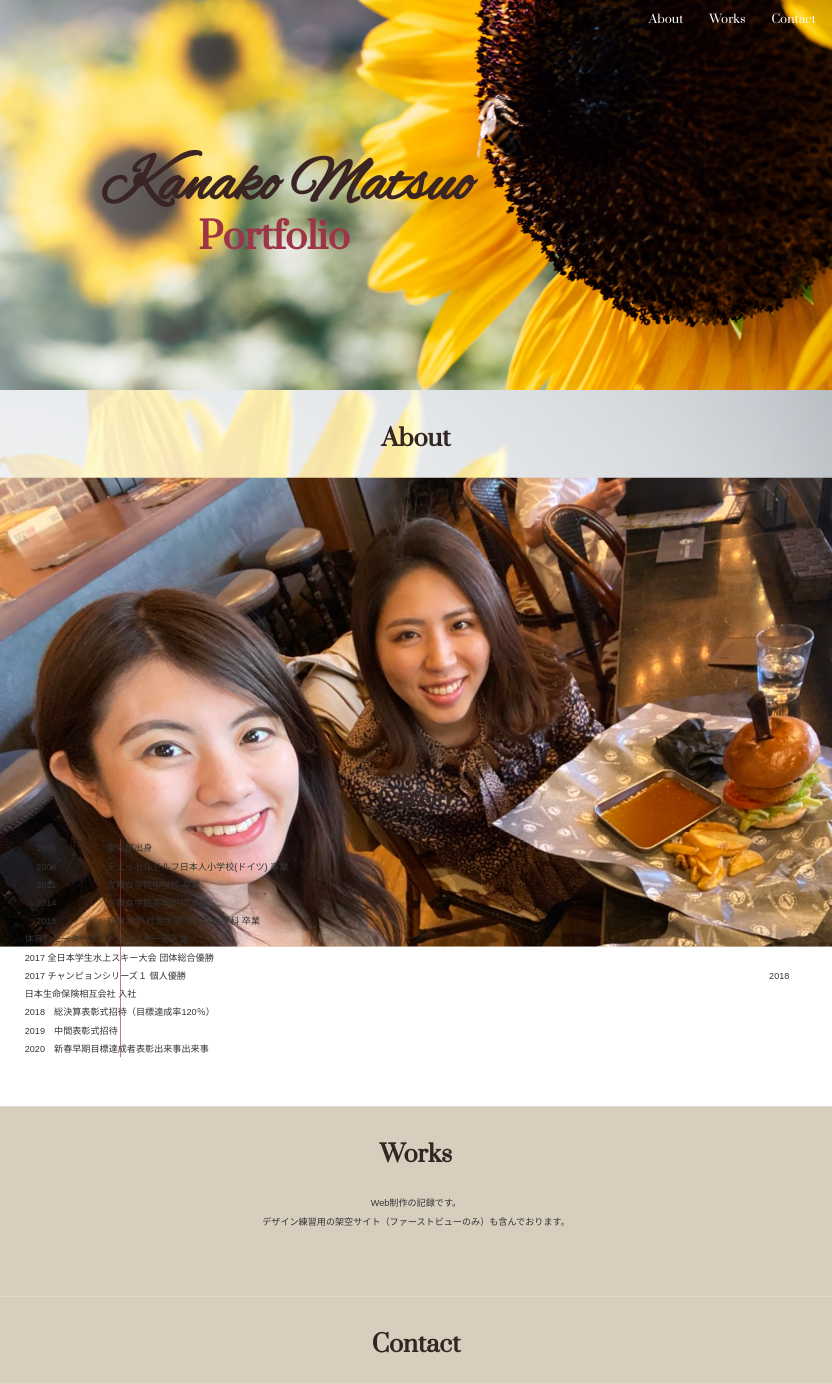
Repository: KanakoMatsuo/Portfolio
Page: Portfolio.html
The author's editor kept a record of every edit. The page is drawn from the files as they stood at one moment, then again after the next edit.
The browser window is 1280 px wide. The pictures show the whole page, at 65% of full size.

Above is the page before.

### Portfolio.html
<!DOCTYPE html>
<html lang="ja">
    <head>
        <meta charset="UTF-8">
        <title>Kanako Matsuo ポートフォリオ</title>
        <link href="https://fonts.googleapis.com/css2?family=Alex+Brush&family=Prata&display=swap" rel="stylesheet">
        <link rel="stylesheet" href="Portfolio.css">
    </head>
    <body>
        <header>
            <nav>
                <ul>
                    <li>About</li>
                    <li>Works</li>
                    <li>Contact</li>
                </ul>
            </nav>
            <h1>
                <span class="A">Kanako Matsuo</span><br>
                <span class="B">Portfolio</span>
            </h1>
        </header>
        <section class="About">
            <h2>
                About
            </h2>
            <img src="./images/image0.jpeg">
            <p>
                東京都在住、25歳です。<br>大学卒業後、日本生命で保険の営業を２年強経験しました。<br>
                多くのお客様とお会いする中で、より広く情報を届けられる人材に
                なりたいと思い、WEBサービスに興味を持ちました。<br>
                それから侍エンジニア塾で３カ月間、WEB制作とコーディングを勉強しながら転職活動を行っております。<br>
                営業職で培ったヒアリング力とお客様に寄り添った提案スキルを
                活かして、WEB制作の仕事でも顧客とのコミュニケーションを大切にし、顧客の課題解決、目標達成に貢献していきたいです。
            </p>
        </section>
        <section class="Career">
            <h2>
                Career
            </h2>
            <dt></dt>
            <dl class="history">
                <dt>1995</dt> <dd>東京都出身</dd>
                <dt>2008</dt> <dd>デュッセルドルフ日本人小学校(ドイツ) 卒業</dd>
                <dt>2011</dt> <dd>立教女学院中学校 卒業</dd>
                <dt>2014</dt> <dd>立教女学院高等学校 卒業</dd>
                <dt>2018</dt> <dd>立教大学 社会学部 現代文化学科 卒業</dd>
                              <dd>体育会モーターボート水上スキー部所属</dd>
                              <dd>2017 全日本学生水上スキー大会 団体総合優勝</dd>
                              <dd>2017 チャンピョンシリーズ１ 個人優勝</dd>
                <dt>2018</dt> <dd>日本生命保険相互会社 入社</dd>
                              <dd>2018　総決算表彰式招待（目標達成率120％）</dd>
　　　　　　　　　            <dd>2019　中間表彰式招待</dd>
　　　　　　　　　            <dd>2020　新春早期目標達成者表彰出来事出来事</dd>
　　　　　　</dl>
        </section>
        <section class="Works">
            <h2>
                Works
            </h2>
            <p>Web制作の記録です。<br>
               デザイン練習用の架空サイト（ファーストビューのみ）も含んでおります。
            </p>
            <ul>
                <li></li>
                <li></li>
                <li></li>
            </ul>
        </section>
        <section class="Works">
            <h2>
                Contact
            </h2>
        </section>
    </body>
</html>

### Portfolio.css
@charset "utf-8";

body {
	margin: 0;
	padding: 0;
	font-family: "ヒラギノ角ゴ Pro W3", "Hiragino Kaku Gothic Pro", "メイリオ", Meiryo, Osaka, "ＭＳ Ｐゴシック", "MS PGothic", sans-serif;
	color: #333;
	font-size: 13px;
	line-height: 150%;
	background: #fff;
}

section {
  overflow: hidden;
}

header {
  background:
   linear-gradient(90deg, rgba(255,255,255,0.5), rgba(255,255,255, 0.001) 50%, rgba(255,255,255,0)) center/cover no-repeat,
   url("./images/richard-rivas-hyWiznXNF1A-unsplash.jpg") center/cover no-repeat;
  height: 600px;
  overflow: hidden;
}

header ul {
  display: flex;
  justify-content: flex-end;
}

header li {
  color: #ffffff;
  font-size: 18px;
  list-style: none;
  /*font-family: 'Alex Brush', cursive;*/
  font-family: 'Prata', serif;
  margin-right: 40px;
  line-height:35px;
}

header li:last-child {
  margin-right: 25px;
}

header h1 {
  text-align: center;
  position: absolute;
  top: 50%;
  width: 100%;
  left: 50%;
  transform: translate(-50%, -50%);
}

.A {
  line-height: 60px;
  color:#3b2424;
  font-size:56px;
  font-family:'Alex Brush';
  justify-content:center;
}

.B {
  line-height: 36px;
  color:#9d3448;
  font-size:32px;
  font-family:'Prata', serif;
}

h2 {
  color: #312622;
  font-size:22px;
  font-family: 'Prata', serif;
  text-align:center;
  padding-top:15px;
}

h3 {
  color: #312622;
  font-size:20px;
  font-family: 'Prata', serif;
  text-align:center;
  padding-top:15px;
  padding-bottom:15px;
}

p {
  font-size:12px;
  padding:30px;
}

.myphoto {
 width:50%;
 height:50%;
 display:block;
 margin:auto;
}

.About {
  /*background:url("./images/background.jpg") center/cover no-repeat;*/
  /*background:url("./images/background.jpg") center/cover no-repeat;*/
  background:
    linear-gradient(45deg, rgba(255,255,255,1), rgba(255,255,255, 0.3)) center/cover no-repeat,
    url("./images/background.jpg") center/cover no-repeat;
  height: 856px;
  overflow: hidden;
}
.About p{
  background:#9d3448;
  background: rgba(152,52, 72, 0.15);
  padding-top:120px;
  margin-top:-100px;
}
.waterski {
 width:70%;
 height:70%;
 display:block;
 margin:auto;
}

.Career {
  background: transparent;
    margin-top: -300px;
    margin-bottom: 75px;
}
.history {
  display: flex;
  flex-wrap: wrap;
  margin:0 8px;
  position: relative;
}

.history dt {
  width: 10%;
  text-align: center;
  font-size:11px;
}

.history dd {
  width: calc(90% - 40px);
  text-align: left;
  margin : 0;
  margin-left: 30px;
  font-size:11px;
}

.history dd.indent1 {
  width: calc(90% - 60px);
  margin-left: 60px;
}

.history:before {
 top: 0;
 bottom: 0;
 left: 15%;
 position: absolute;
 display: block;
 content: "";
 border-left: 1px solid black;
 border-color:#9d3448;
}

section.about .career .history dt {
  width: 30%;
  min-height: 24px;
}
section.about .career .history dd {
  margin: 0;
  width: 70%;
}

.Works{
  background:#d7cebe;
}
.Works p{
  width:80%;
  padding: 10px 30px;
}

.Works ul {
  display:flex;
  flex-wrap:wrap;
  justify-content:space-between;
  width:90%;
  margin-left: -20px;
}
.Works li{
  width:calc(100% / 2 - 10px);
  display:block;
}

.box {
  width: 100%;
}
.img-box {
        width: 100%;
        padding-top: 70%;
        position: relative;
}
.Works img {
    width: 100%;
    height: 100%;
    object-fit: cover;
    position: absolute;
    top: 0;
}
.Works ul li div p {
  top: 60%;
  font-size:10px;
  text-align:center;
  padding:0px;
 }

.Contact{
  background: linear-gradient(rgba(0,0,0,0.5), rgba(0,0,0,0.5)), url("./images/brianne-reed-5fKVGNg4QaM-unsplash.jpg")center/cover no-repeat;
  height: 638px;
  overflow: hidden;
}

.Contact h2{
  color:#ffffff;
}

h4 {
  color: #312622;
  font-size:12px;
  font-family: 'Prata', serif;
  text-align:center;
  line-height: 36px;
}

form {
  text-align:center;
  font-family: 'Prata', serif;
  color:#ffffff;
  font-size:15px;
}

form ul {
  list-style: none;
  width:77%;
  max-width:300px;
  height:50px;
  margin: 0 auto;
  padding-inline-start: 0;
  display:block;
}

label{
  width:100%;
  line-height:35px;
}
input, textarea{
  box-sizing: border-box;
  width:100%;
  height:35px;
  padding-left:15px;
  font-size:13px;
}
textarea{
  height:200px;
  padding-top:10px;
}

form ul li {
  margin-bottom:30px;
  width:100%;
  text-align:left;
}
button{
  display:block;
  width: 74px;
  height: 40px;
  font-size:14px;
  font-family: 'Prata', serif;
  color:black;
  text-align:center;
  margin:10px auto;
}
.Copyright{
  background:#d1b38d;
}

/* -------------------- wrapper -------------------- */
#wrapper {
    width: 100%;
    margin: auto;
    padding: 0px;
    border: 0px;
    background-color: #FFF;
    top: 10px;
}

@media screen and (min-width:979px) {
  li{
    font-size:30px;
    line-height:40px;
  }
  header{
    position:relative;
  }
  .A{
    font-size:96px;
    position:absolute;
    top: -50px;
    left: 155px;
  }
  .B{
    font-size: 56px;
    position: absolute;
    top: 40px;
    left: 305px;
  }
  h2{
    font-size:36px;
    line-height:60px;
  }
  h3{
    font-size:22px;
    line-height:44px;
    text-align:left;
      margin:0 20%;
  }
  p{
    font-size:14px;
    line-height:29px;
  }
  .myphoto {
  width:295px;
  height:325px;
  }
  .About div{
    display:flex;
    margin:0 20%;
  }
  .About p {
   padding-top: 40px;
    margin-top: 60px;
    margin-bottom: -60px;
    padding-left: 166px;
    margin-left: -145px;
  }
  .Career div{
    display:flex;
    margin:0 20%;
    margin-bottom: 50px;
  }

  .history dt,.history dd {
    font-size: 14px;
    line-height: 28px;
  }

  .history:before {
  margin-left: -1%;
  }
  .waterski {
  width:295px;
  height:205px;
  margin-left: -15px;
  }
  .Works p{
  text-align: center;
  width:100%;
  padding:0;
  }
  .Works ul{
    max-width:1100px;
    margin:50px auto;
    padding-inline-start:0;
  }
  .Works li{
    width:calc(100% / 3 - 20px);
  }
  .yoga{
    height: 246px;
  }
  .Contact{
    height:820PX;
  }
  form ul li{
  font-size:22px;
  }
  }

After the next edit:
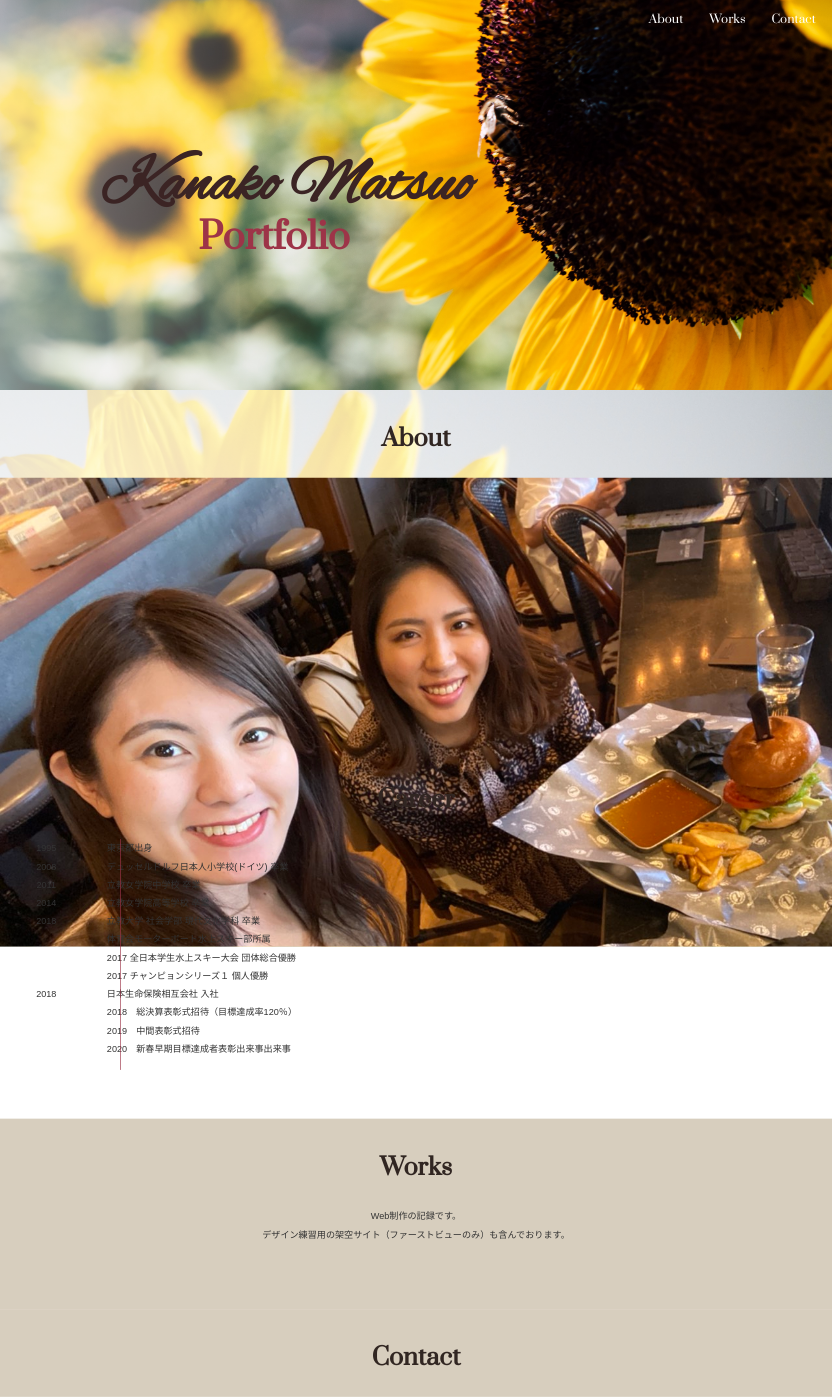
The edit:
--- a/Portfolio.html
+++ b/Portfolio.html
@@ -45,13 +45,13 @@
                 <dt>2011</dt> <dd>立教女学院中学校 卒業</dd>
                 <dt>2014</dt> <dd>立教女学院高等学校 卒業</dd>
                 <dt>2018</dt> <dd>立教大学 社会学部 現代文化学科 卒業</dd>
-                              <dd>体育会モーターボート水上スキー部所属</dd>
-                              <dd>2017 全日本学生水上スキー大会 団体総合優勝</dd>
-                              <dd>2017 チャンピョンシリーズ１ 個人優勝</dd>
+                <dt></dt>     <dd>体育会モーターボート水上スキー部所属</dd>
+                <dt></dt>     <dd>2017 全日本学生水上スキー大会 団体総合優勝</dd>
+                <dt></dt>     <dd>2017 チャンピョンシリーズ１ 個人優勝</dd>
                 <dt>2018</dt> <dd>日本生命保険相互会社 入社</dd>
-                              <dd>2018　総決算表彰式招待（目標達成率120％）</dd>
-　　　　　　　　　            <dd>2019　中間表彰式招待</dd>
-　　　　　　　　　            <dd>2020　新春早期目標達成者表彰出来事出来事</dd>
+                <dt></dt>     <dd>2018　総決算表彰式招待（目標達成率120％）</dd>
+                <dt></dt>     <dd>2019　中間表彰式招待</dd>
+                <dt></dt>     <dd>2020　新春早期目標達成者表彰出来事出来事</dd>
 　　　　　　</dl>
         </section>
         <section class="Works">
